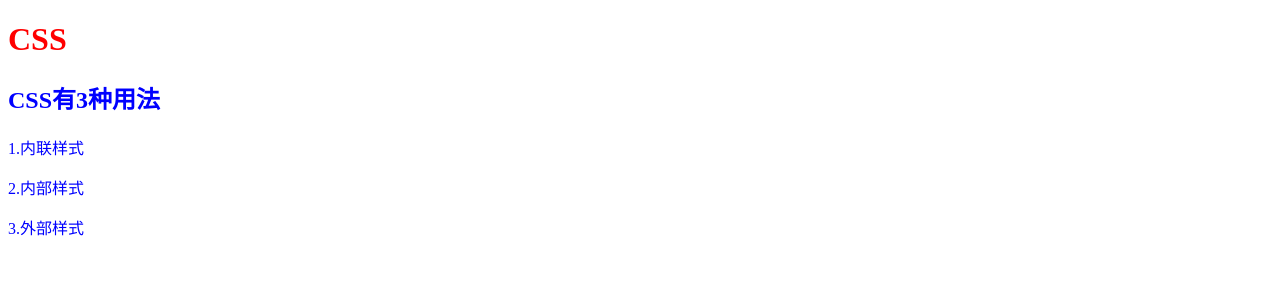
Repository: LYC-Android/JavaWebProject
Page: WebBasic/src/main/webapp/day02/demo2.html
These files come from the project's save history. The page is drawn as it stood at one moment and after the next save; the edit follows.
The browser window is 1280 px wide. The pictures show the whole page.

Above is the page before, as saved 2017-09-08 02:44:32.

### WebBasic/src/main/webapp/day02/demo2.html
<!DOCTYPE html>
<html>
<head>
<meta charset="UTF-8">
<title>Insert title here</title>
<!-- 2.内部样式:在head元素里面的style标签里写样式，此样式可以卑当前页面上众多元素复用 -->
<style type="text/css">
/*CSS的注释是这样的*/
h2{
color:blue;
}
</style>
<!-- 3.外部样式:在单独的css文件中写的样式，哪个网页引用该文件，这个网页就能复用这些样式 -->
<link rel="stylesheet" href="my.css"/>
</head>
<body>
 <!-- 1.内联样式:在元素的style属性内直接写样式,此样式无法复用 -->
   <h1 style="color: red;">CSS</h1>
   <h2>CSS有3种用法</h2>
   <p>1.内联样式</p>
   <p>2.内部样式</p>
   <p>3.外部样式</p>
</body>
</html>

### WebBasic/src/main/webapp/day02/my.css
p{
	color:blue;
}

After the next save:
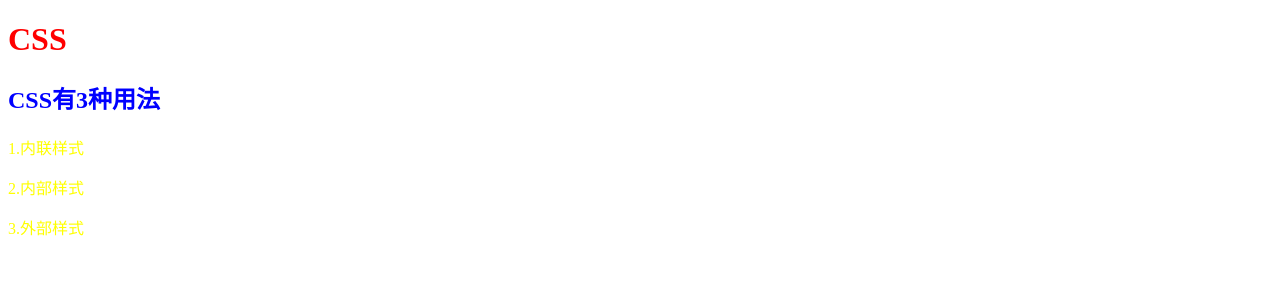
Saved 64 s later.
--- a/WebBasic/src/main/webapp/day02/my.css
+++ b/WebBasic/src/main/webapp/day02/my.css
@@ -1,3 +1,3 @@
 p{
-	color:blue;
+	color:yellow;
 }
